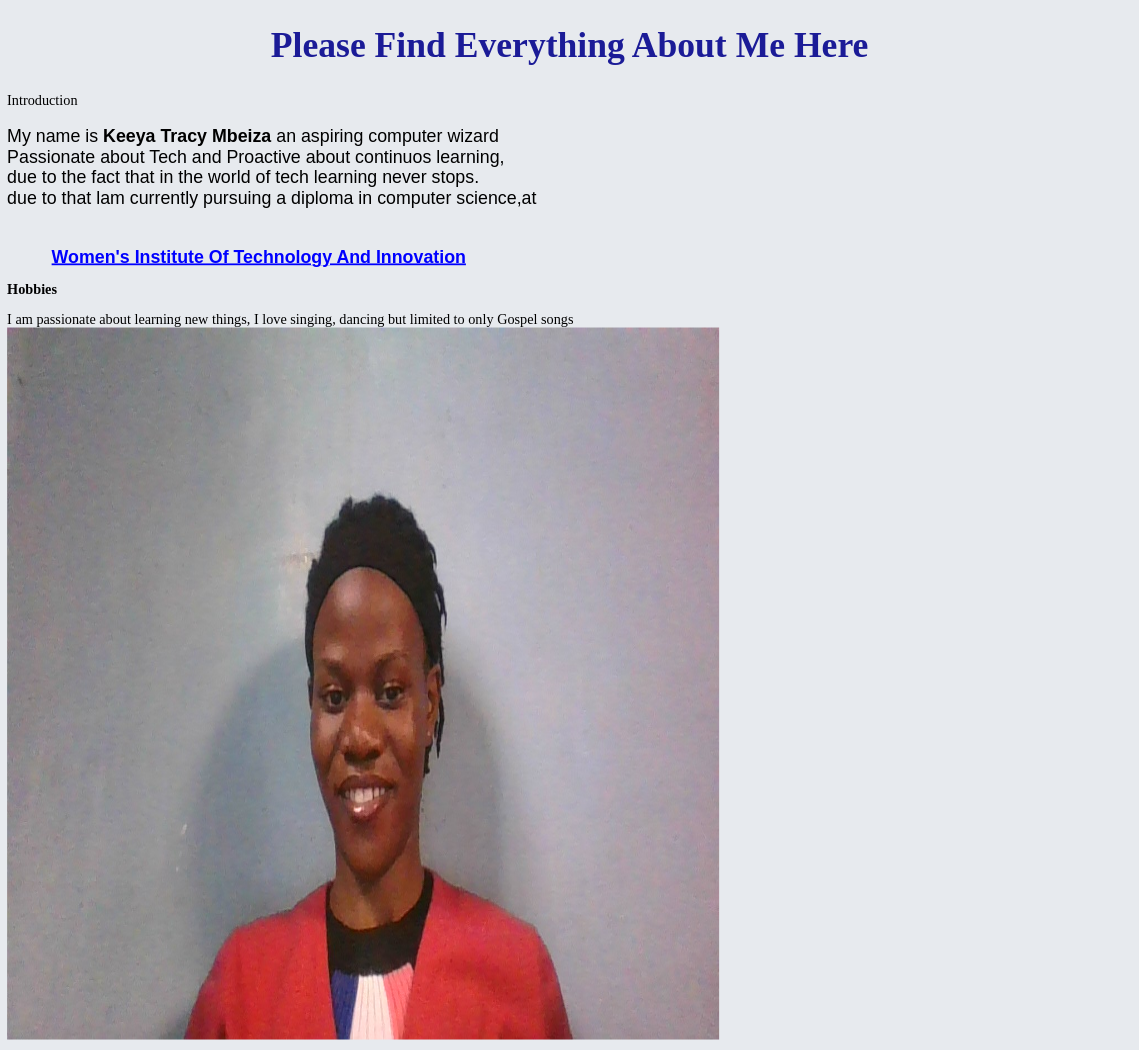
Repository: tracykeeya/my_first_web
Page: index.html
These files come from the project's save history. The page is drawn as it stood at one moment and after the next save; the edit follows.
The browser window is 1280 px wide. The pictures show the whole page, at 89% of full size.

Above is the page before, as saved 2025-11-03 11:37:43.

### index.html
<!DOCTYPE html>
<html lang="en">
<head>
    <meta charset="UTF-8">
    <meta name="viewport" content="width=device-width, initial-scale=1.0">
    <title>My First Web Page</title>
</head>
<body style="background-color: rgb(231, 234, 238)" font-family="Arial, Helvetica, sans-serif" margin: 40px; color: #333;>
    <h1 style="text-align: center; color: rgb(27, 27, 151); font-size: 40px; margin-bottom: 30px;">Please Find Everything About Me Here</h1>
    <div
    <h2>Introduction</h2>

    <p style="font-size: 20px; font-family: Arial, Helvetica, sans-serif; text-align: left; color: rgb(0, 0, 0)">My name is<strong> Keeya Tracy Mbeiza</strong> an aspiring computer wizard<br>Passionate about Tech and Proactive about continuos learning,<br> due to the fact that in the world of tech learning never stops.<br> due to that lam currently pursuing a diploma in computer science,at<br>
        </br></p>
    <a href="https://www.witi.ac.ug/" style="position: relative; left: 50px; color: rgb(0, 0, 255); font-size: 20px; font-family: Arial, Helvetica, sans-serif"><b> Women's Institute Of Technology And Innovation</b></a>

    <p><b>Hobbies</b></p>
    I am passionate about learning new things,
    I love singing, dancing but limited to only Gospel songs


    <!-- <img src="https://www.witi.ac.ug/wp-content/uploads/2020/08/WhatsApp-Image-2020-08-14-at-11.16.16-AM.jpeg" alt=""> -->
    <img src="/Tracy.jpg " alt="" width="800" height="800";>

</body>
</html>

After the next save:
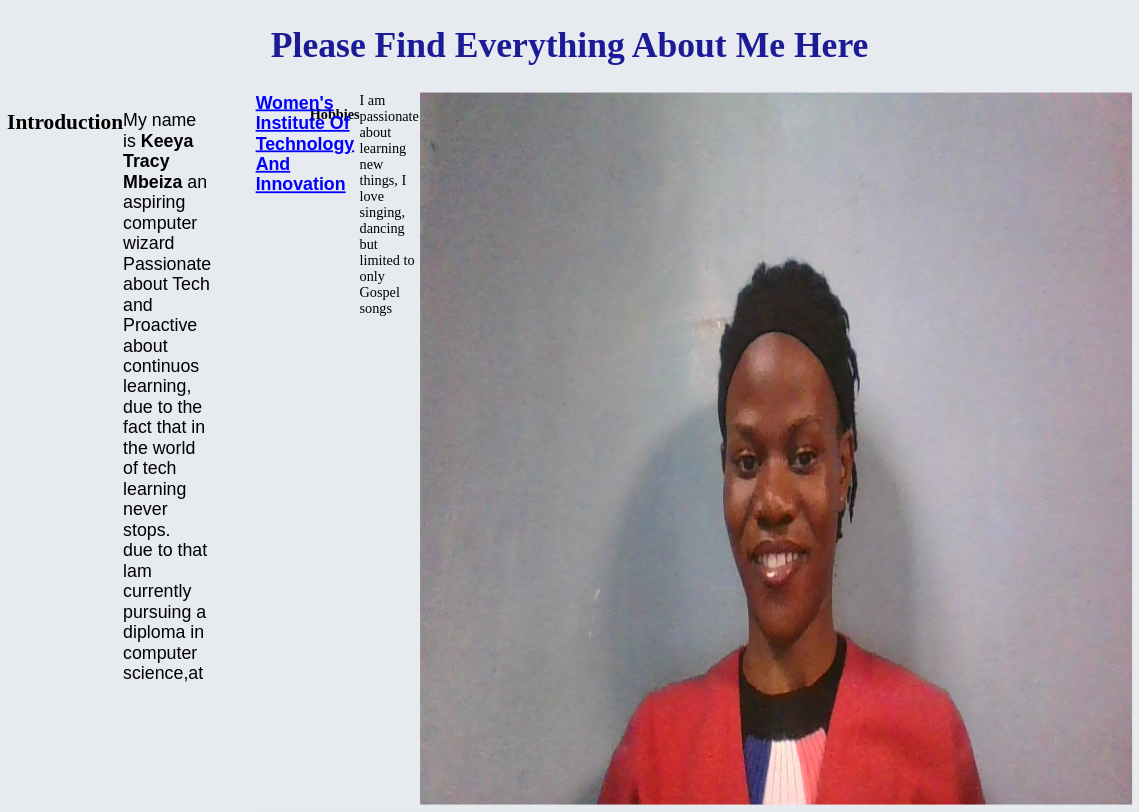
Saved 62 s later.
--- a/index.html
+++ b/index.html
@@ -7,7 +7,7 @@
 </head>
 <body style="background-color: rgb(231, 234, 238)" font-family="Arial, Helvetica, sans-serif" margin: 40px; color: #333;>
     <h1 style="text-align: center; color: rgb(27, 27, 151); font-size: 40px; margin-bottom: 30px;">Please Find Everything About Me Here</h1>
-    <div
+    <div style="display: flex; align-items: flex-start; justify-content: space-between;">
     <h2>Introduction</h2>
 
     <p style="font-size: 20px; font-family: Arial, Helvetica, sans-serif; text-align: left; color: rgb(0, 0, 0)">My name is<strong> Keeya Tracy Mbeiza</strong> an aspiring computer wizard<br>Passionate about Tech and Proactive about continuos learning,<br> due to the fact that in the world of tech learning never stops.<br> due to that lam currently pursuing a diploma in computer science,at<br>
